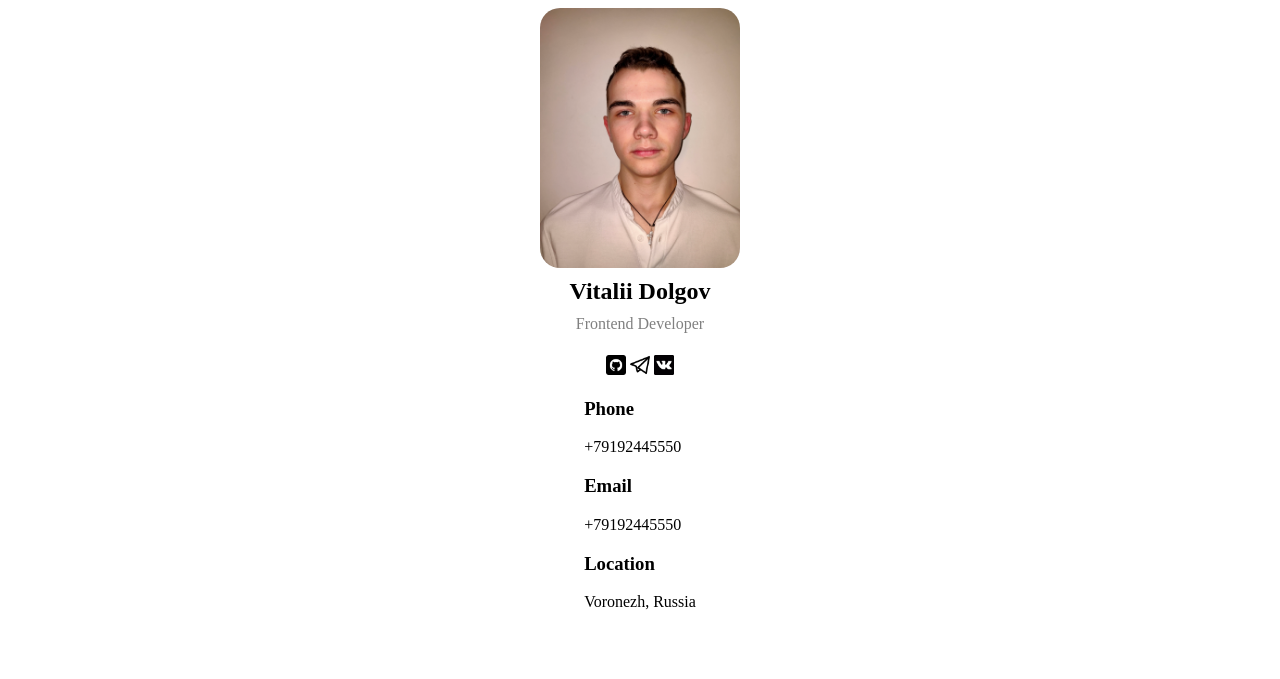
Repository: VitasYo/User_card
Page: src/index.html
The author's editor kept a copy of each file at every save. The page is drawn from the files as they stood at one save, then again after the next save.
The browser window is 1280 px wide. The pictures show the whole page.

Above is the page before, as saved 2024-04-09 19:22:21.

### src/index.html
<!DOCTYPE html>
<html lang="ru">
  <head>
    <meta charset="UTF-8" />
    <meta name="viewport" content="width=device-width, initial-scale=1.0" />
    <title>First html</title>
    <link rel="stylesheet" href="../assets/css/index.css" />
    <script src="script.js"></script>
  </head>
  <body>
    <section class="container">
      <img class="avatar" src="../assets/img/Фото.jpg" alt="" />
      <div class="user-info">
        <h1>Vitalii Dolgov</h1>
        <div class="position">Frontend Developer</div>
      </div>
      <div>
        <a href="#"
          ><img class="icon" src="../assets/img/github.png" alt="github"
        /></a>
        <a href="#"
          ><img class="icon" src="../assets/img/telegram.png" alt="telegram"
        /></a>
        <a href="#"><img class="icon" src="../assets/img/vk.png" alt="vk" /></a>
      </div>
      <div>
        <div>
          <a href=""></a>
          <div><h3>Phone</h3></div>
          <div><p>+79192445550</p></div>
        </div>
        <div>
          <a href=""></a>
          <div><h3>Email</h3></div>
          <div><p>+79192445550</p></div>
        </div>
        <div>
          <a href=""></a>
          <div><h3>Location</h3></div>
          <div><p>Voronezh, Russia</p></div>
        </div>
      </div>
    </section>
  </body>
</html>

### assets/css/index.css
.container h1 {
  margin-top: 10px;
  margin-bottom: 0;
}
.container {
  display: flex;
  flex-direction: column;
  align-items: center;
}

.position {
  color: gray;
}

.avatar {
  width: 200px;
  height: 260px;
  border-radius: 20px;
}

.user-info {
  margin-bottom: 22px;
  display: flex;
  flex-direction: column;
  align-items: center;
  gap: 10px;
}

.icon {
  width: 20px;
  height: 20px;
}

Loaded but not shown: src/script.js (no stored copy; drawn as an empty file)

After the next save:
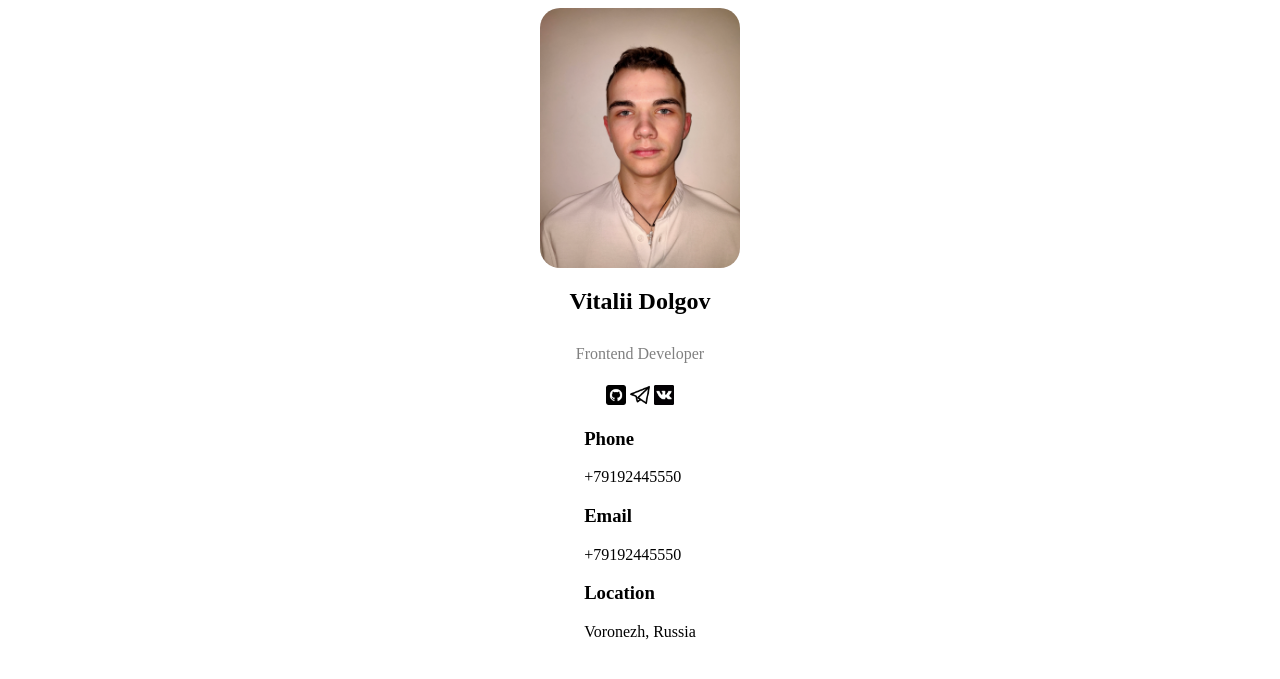
Saved 72 s later.
--- a/assets/css/index.css
+++ b/assets/css/index.css
@@ -1,4 +1,5 @@
-.container h1 {
+@import url("https://fonts.googleapis.com/css2?family=Roboto:ital,wght@0,100;0,300;0,400;0,500;0,700;0,900;1,100;1,300;1,400;1,500;1,700;1,900&display=swap")
+  .container h1 {
   margin-top: 10px;
   margin-bottom: 0;
 }

After the save that followed:
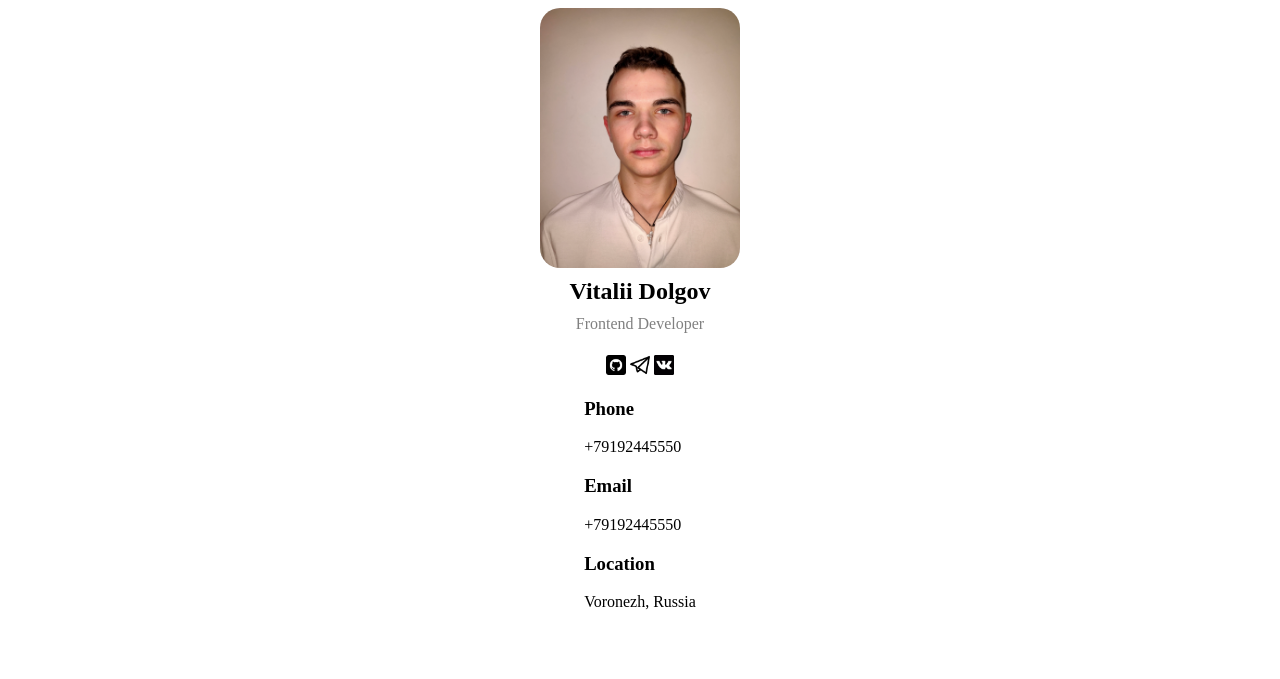
Saved 12 s later.
--- a/assets/css/index.css
+++ b/assets/css/index.css
@@ -1,5 +1,5 @@
-@import url("https://fonts.googleapis.com/css2?family=Roboto:ital,wght@0,100;0,300;0,400;0,500;0,700;0,900;1,100;1,300;1,400;1,500;1,700;1,900&display=swap")
-  .container h1 {
+@import url("https://fonts.googleapis.com/css2?family=Roboto:ital,wght@0,100;0,300;0,400;0,500;0,700;0,900;1,100;1,300;1,400;1,500;1,700;1,900&display=swap");
+.container h1 {
   margin-top: 10px;
   margin-bottom: 0;
 }
